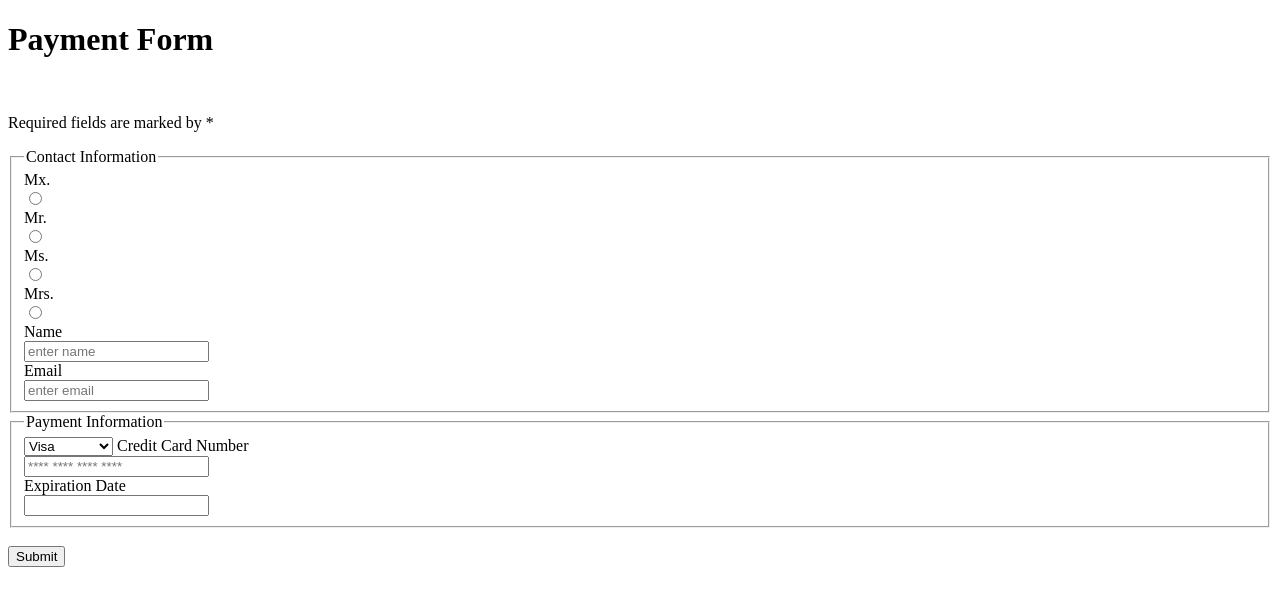
Repository: 10-2-pursuit/lab-intro-to-forms
Page: index.html
These files come from the project's save history. The page is drawn as it stood at one moment and after the next save; the edit follows.
The browser window is 1280 px wide. The pictures show the whole page.

Above is the page before, as saved 2023-06-13 21:47:28.

After the next save:
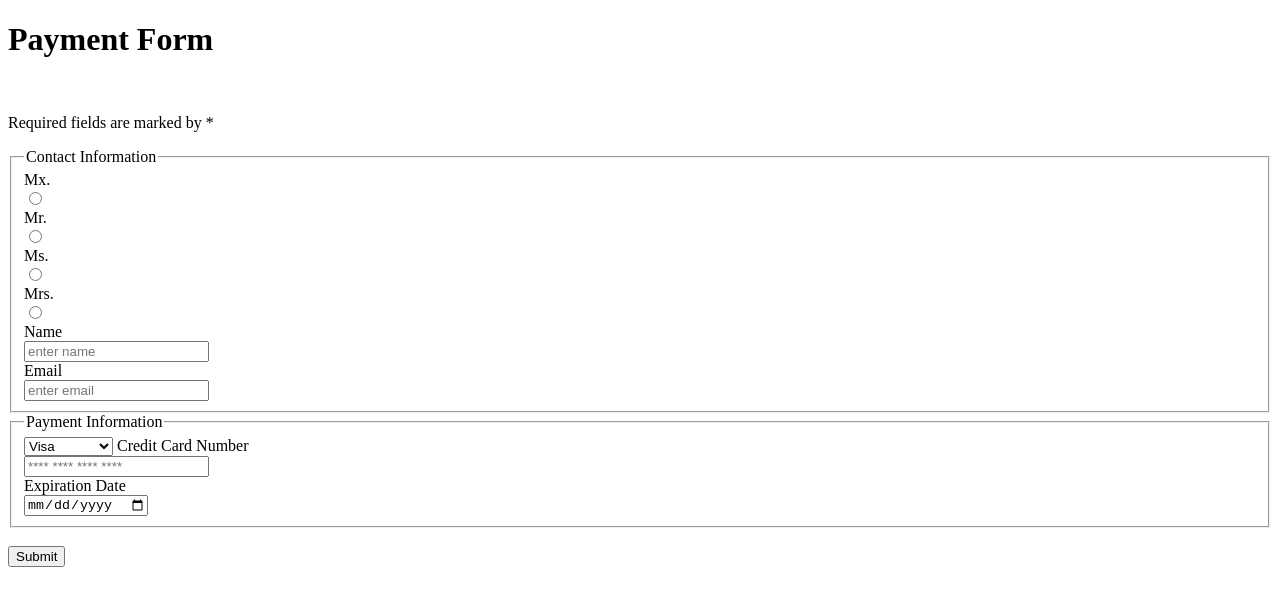
Saved 5 min 8 s later.
--- a/index.html
+++ b/index.html
@@ -49,7 +49,7 @@
             <br>
             <label for="expiration-date">Expiration Date</label>
             <br>
-            <input type="number" id="number">
+            <input type="date" id="number">
         </fieldset>
             <br>
         <input type="submit">

After the 2 saves that followed:
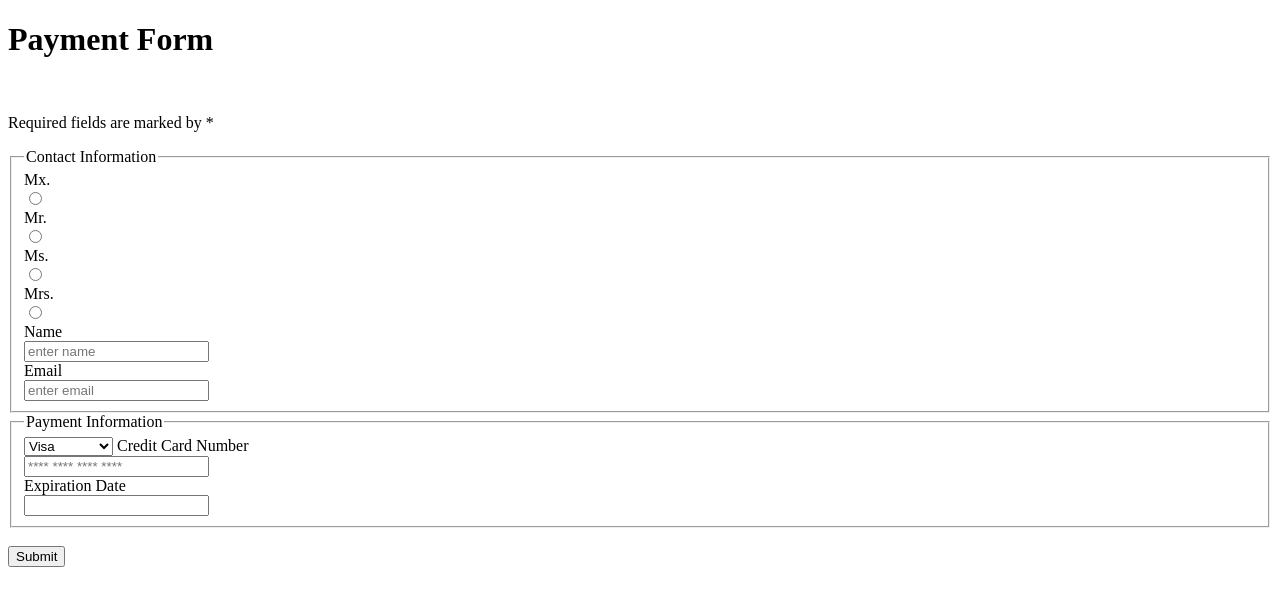
The 2 saves are shown as one change because they came seconds apart.
The last was saved 19 s later.
--- a/index.html
+++ b/index.html
@@ -49,7 +49,7 @@
             <br>
             <label for="expiration-date">Expiration Date</label>
             <br>
-            <input type="date" id="number">
+            <input type="text" id="number">
         </fieldset>
             <br>
         <input type="submit">
